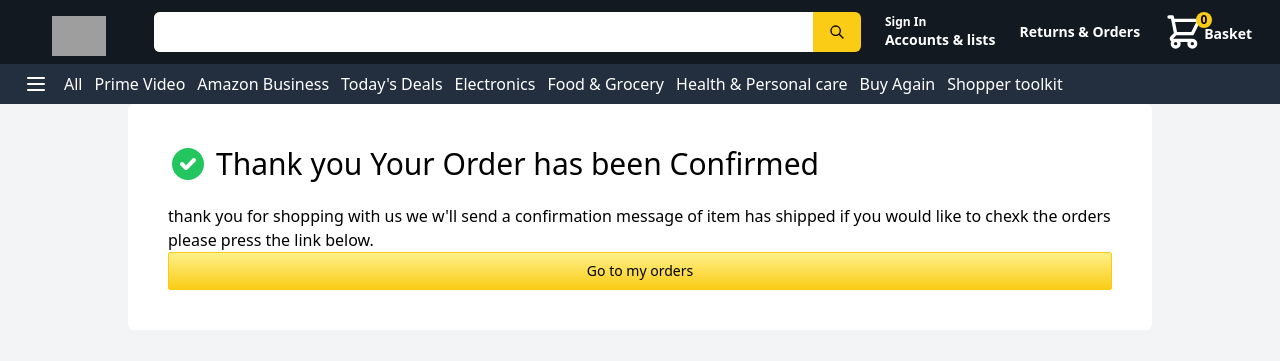
Repository: SehajBindra/Amazon-clone
Page: /success
These files come from the project's save history. The page is drawn as it stood at one moment and after the next save; the edit follows.
The browser window is 1280 px wide. The pictures show the whole page.
Pictures or frames that could not be fetched are drawn as grey boxes. The page's requests for data from a server got no answer. The project was rebuilt for these pictures with package versions that can differ from the ones it lists, and the page was loaded fresh each time. The framework's server and built-in components were replaced by stand-ins that run in the browser. No one was signed in, and anything a server would have sent is missing. Also part of the build but not shown: next.config.js.

Above is the page before, as saved 2022-08-11 18:37:30.

### pages/_app.js
import "../styles/globals.css";
import { SessionProvider } from "next-auth/react";
import { store } from "../app/store";
import { Provider } from "react-redux";

function MyApp({ Component, pageProps: { session, ...pageProps } }) {
  return (
    <SessionProvider session={session}>
      <Provider store={store}>
        <Component {...pageProps} />
      </Provider>
    </SessionProvider>
  );
}

export default MyApp;

### pages/success.js
import { CheckCircleIcon } from "@heroicons/react/solid";
import React from "react";
import Header from "../Components/Header";

function success() {
  return (
    <div className="bg-gray-100 h-screen">
      <Header />

      <main className="max-w-screen-lg mx-auto">
        <div className="flex flex-col p-10 bg-white rounded-md">
          <div className="flex items-center space-x-2 mb-5">
            <CheckCircleIcon className="text-green-500 h-10" />
            <h1 className="text-2xl md:text-3xl">
              Thank you Your Order has been Confirmed
            </h1>
          </div>
          <p>
            thank you for shopping with us we w'll send a confirmation message
            of item has shipped if you would like to chexk the orders please
            press the link below.
          </p>
          <button className="button">Go to my orders</button>
        </div>
      </main>
    </div>
  );
}

export default success;

### styles/globals.css
@tailwind base;
@tailwind components;
@tailwind utilities;

@layer components {
    .link {
        @apply cursor-pointer hover:underline
     }

     .button {
        @apply cursor-pointer p-2 text-xs md:text-sm bg-gradient-to-b from-yellow-200   to-yellow-400 rounded-sm focus:outline-none focus:ring-2 focus:ring-yellow-500 active:from-yellow-500 border border-yellow-400;
     }
}

### Components/Header.js
import Image from "next/image";
import React from "react";
import {
  MenuIcon,
  SearchIcon,
  ShoppingCartIcon,
} from "@heroicons/react/outline";
import { useRouter } from "next/router";
import { signIn, signOut, useSession } from "next-auth/react";
import { selectItems } from "../slices/basketSlice";
import { useDispatch, useSelector } from "react-redux";
function Header() {
  const { data: session, status } = useSession();
  const router = useRouter();
  const dispatch = useDispatch();
  const items = useSelector(selectItems);
  return (
    <header className="sticky top-0 z-50">
      {/* top nav */}
      <div className="flex items-center bg-amazon_blue p-1 flex-grow py-2">
        <div className="flex items-center mt-2 flex-grow sm:flex-grow-0">
          <Image
            onClick={() => router.push("/")}
            src="https://links.papareact.com/f90"
            width={150}
            height={40}
            objectFit="contain"
            className=" cursor-pointer"
          />
        </div>
        {/* Search */}
        <div className=" hidden sm:flex items-center h-10 rounded-md flex-grow cursor-pointer   bg-yellow-400 hover:bg-yellow-500">
          <input
            className="p-2 h-full w-6 flex-grow flex-shrink rounded-l-md focus:outline-none px-4"
            type="text"
          />
          <SearchIcon className="h-12 p-4" />
        </div>

        {/* Right */}
        <div className="text-white flex items-center text-xs space-x-6  mx-6 whitespace-nowrap cursor-pointer font-semibold">
          <div onClick={!session ? signIn : signOut} className="link">
            <p> {session ? `Hello ,${session.user.name}` : "Sign In"}</p>
            <p className="font-bold  md:text-sm">Accounts & lists</p>
          </div>
          <div className="link">
            <p className="font-bold md:text-sm">Returns & Orders</p>
          </div>
          <div
            onClick={() => router.push("/checkout")}
            className="link relative flex items-center"
          >
            <span className=" top-0 right-0 md:right-10 h-4 w-4 absolute rounded-full bg-yellow-400 text-center text-black font-bold">
              {items.length}
            </span>
            <ShoppingCartIcon className="h-10" />
            <p className=" hidden md:inline font-bold md:text-sm mt-1">
              {" "}
              Basket
            </p>
          </div>
        </div>
      </div>
      {/* bottom Nav */}
      <div className="flex items-center bg-amazon_light_blue text-white space-x-3 pl-6 p-2">
        <MenuIcon className="h-6 mr-1" />
        <p className="link">All</p>
        <p className="link"> Prime Video</p>
        <p className="link"> Amazon Business</p>
        <p className="link"> Today's Deals</p>
        <p className="hidden link md:inline lg:inline">Electronics</p>
        <p className="link  hidden md:inline  lg:inline">Food & Grocery</p>
        <p className="link hidden  lg:inline">Health & Personal care</p>
        <p className="link  hidden lg:inline">Buy Again</p>
        <p className="link  hidden lg:inline">Shopper toolkit</p>
      </div>
    </header>
  );
}

export default Header;

### slices/basketSlice.js
import { createSlice } from "@reduxjs/toolkit";

const initialState = {
  items: [],
};

export const basketSlice = createSlice({
  name: "basket",
  initialState,
  reducers: {
    addtoBasket: (state, action) => {
      state.items = [...state.items, action.payload];
    },
    removefromBasket: (state, action) => {
      const index = state.items.findIndex(
        (basketItem) => basketItem.id === action.payload.id
      );

      let newBasket = [...state.items];

      if (index >= 0) {
        // the item exists in the basket ... remove it
        newBasket.splice(index, 1);
        // splice is basically is cutting out
      } else {
        console.warn(
          `cant remove Product (id: ${action.payload.id}) as it is not inn the Basket `
        );
      }
      state.items = newBasket;
    },
  },
});

export const { addtoBasket, removefromBasket } = basketSlice.actions;
// selectors : this is how we pull information from global store

export const selectItems = (state) => state.basket.items;
export const selectTotal = (state) =>
  state.basket.items.reduce((total, item) => total + item.price, 0);
export default basketSlice.reducer;

### tailwind.config.js
/** @type {import('tailwindcss').Config} */
module.exports = {
  content: [
    "./pages/**/*.{js,ts,jsx,tsx}",
    "./Components/**/*.{js,ts,jsx,tsx}",
  ],
  theme: {
    extend: {
      colors: {
        amazon_blue: "#131921",
        amazon_light_blue: "#232f3e",
      },
    },
  },
  plugins: [require("@tailwindcss/line-clamp")],
};

Loaded but not shown: app/store.js (common file)

After the next save:
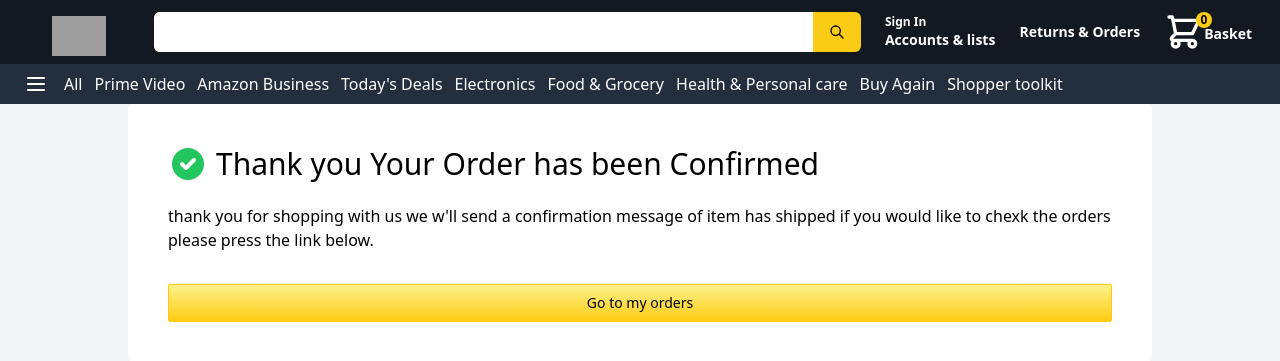
Saved 24 s later.
--- a/pages/success.js
+++ b/pages/success.js
@@ -20,7 +20,7 @@
             of item has shipped if you would like to chexk the orders please
             press the link below.
           </p>
-          <button className="button">Go to my orders</button>
+          <button className="button mt-8">Go to my orders</button>
         </div>
       </main>
     </div>
